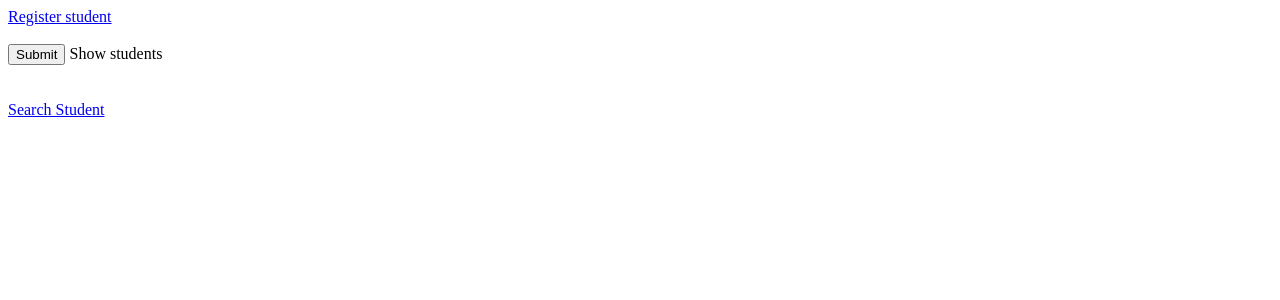
Repository: meta-pranjal-agrawal/software_fundamentals
Page: EAD/ead_assignment2/EADSession3/WebContent/Index.html
These files come from the project's save history. The page is drawn as it stood at one moment and after the next save; the edit follows.
The browser window is 1280 px wide. The pictures show the whole page.

Above is the page before, as saved 2020-02-04 03:58:55.

After the next save:
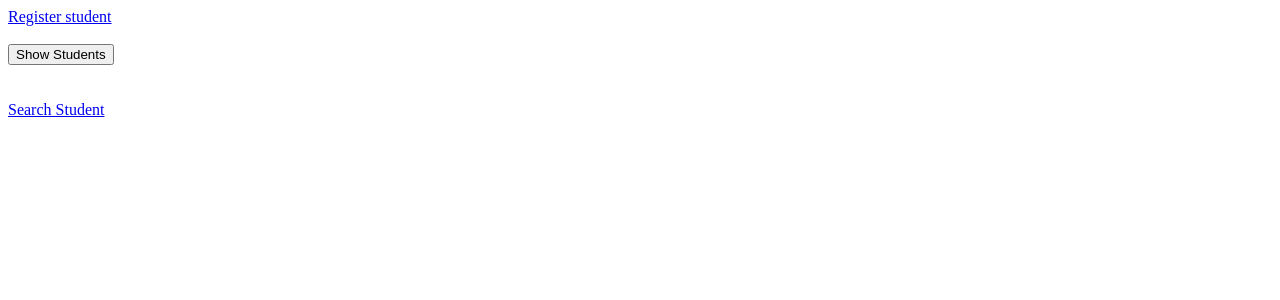
Saved 46 s later.
--- a/EAD/ead_assignment2/EADSession3/WebContent/Index.html
+++ b/EAD/ead_assignment2/EADSession3/WebContent/Index.html
@@ -7,7 +7,7 @@
 <body>
 <a href="RegisterStudent.html"> Register student</a> <br> <br>
 <form method="get" action="ShowStudent">
-<input type="submit"> Show students
+<input type="submit" value="Show Students">
 </form>
 <br> <br>
 <a href="SearchStudent.html">Search Student</a>
